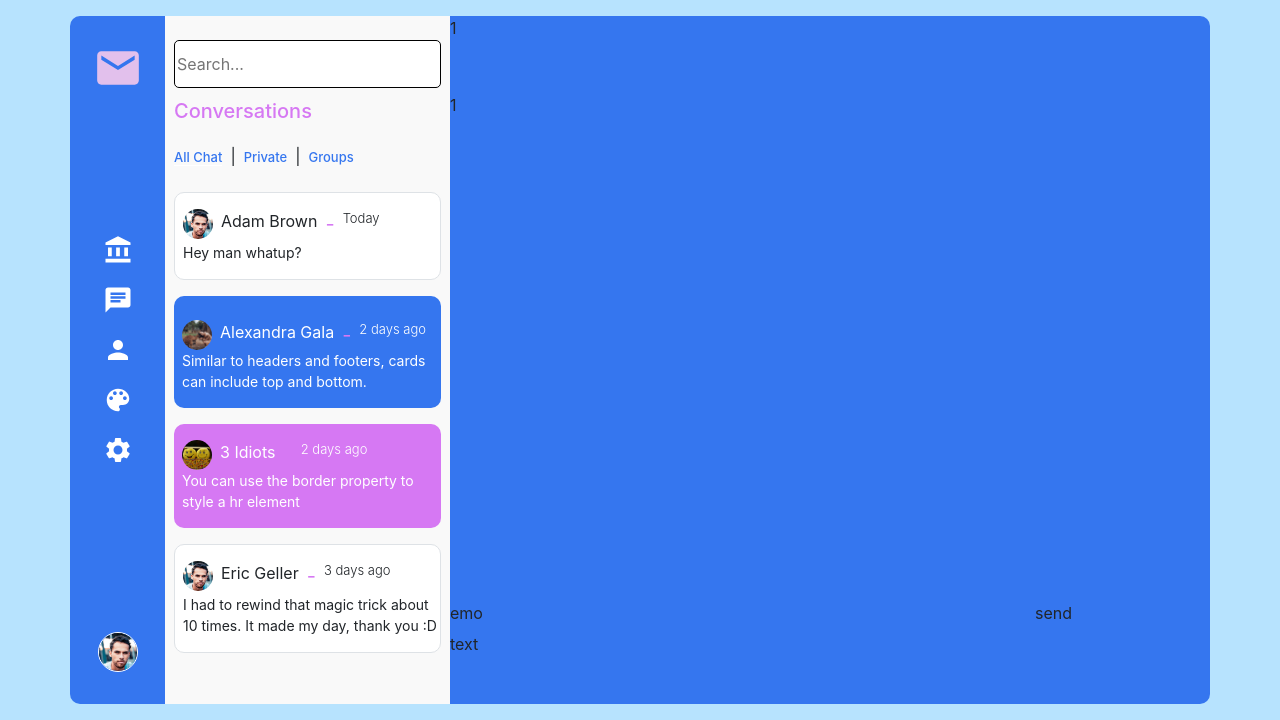
Repository: arafat877/super-chat
Page: /
The author's editor kept a copy of each file at every save. The page is drawn from the files as they stood at one save, then again after the next save.
The browser window is 1280 px wide. The pictures show the whole page.
The project was rebuilt for these pictures with package versions that can differ from the ones it lists, and the page was loaded fresh each time.

Above is the page before, as saved 2020-08-07 00:11:38.

### public/index.html
<!DOCTYPE html>
<html lang="en">
  <head>
    <meta charset="utf-8" />
    <meta name="viewport" content="width=device-width, initial-scale=1" />
    <meta name="theme-color" content="#000000" />
    <meta
      name="description"
      content="Chat application with node.js, express, react.js, mongoDb and socket.io"
    />
    <link rel="stylesheet" href="styles.css" />
    <link
      rel="stylesheet"
      href="https://maxcdn.bootstrapcdn.com/bootstrap/4.5.0/css/bootstrap.min.css"
      integrity="sha384-9aIt2nRpC12Uk9gS9baDl411NQApFmC26EwAOH8WgZl5MYYxFfc+NcPb1dKGj7Sk"
      crossorigin="anonymous"
    />
    <link
      href="https://fonts.googleapis.com/css2?family=Roboto:wght@100;300;400;500;700;900&display=swap"
      rel="stylesheet"
    />

    <title>Super Chat</title>
  </head>
  <body>
    <noscript>You need to enable JavaScript to run this app.</noscript>
    <div id="root"></div>
  </body>
</html>

### src/App.js
import React from "react";
import "./App.scss";
import {
  Email,
  Chat,
  Person,
  Settings,
  Palette,
  AccountBalance,
} from "@material-ui/icons";

function App() {
  return (
    <div className="appContainer vh-100 d-flex">
      <div className="container mt-3 mb-3 appWrapper">
        <div className="row h-100">
          <div className="col-1 d-none d-sm-none d-md-block container h-100 firstCol">
            <div className="row logoRow justify-content-center">
              <Email className="m-auto logo" />
            </div>
            <div className="row menuRow">
              <ul className="menuList m-auto p-0">
                <li className="menuItem">
                  <AccountBalance className="menuItemIcon" />
                </li>
                <li className="menuItem">
                  <Chat className="menuItemIcon" />
                </li>
                <li className="menuItem">
                  <Person className="menuItemIcon" />
                </li>
                <li className="menuItem">
                  <Palette className="menuItemIcon" />
                </li>
                <li className="menuItem">
                  <Settings className="menuItemIcon" />
                </li>
              </ul>
            </div>
            <div className="row photoRow justify-content-center">
              <img
                className="m-auto profilePhoto"
                src={require("./assets/m1.jpeg")}
                alt="profile"
              />
            </div>
          </div>
          <div className="col-3 container h-100 secondCol p-4">
            <div className="row searchRow">
              <input className="searchInput" placeholder="Search..." />
            </div>
            <div className="row convRow mt-2">
              <span className="convSpan">Conversations</span>
            </div>
            <div className="row selectRow">
              <ul className="selectionList p-0">
                <li
                  className="selectionListItem d-inline mr-2"
                  style={{ borderBottom: "solid 0.05px white" }}
                >
                  All Chat
                </li>
                |
                <li className="selectionListItem d-inline mr-2 ml-2">
                  Private
                </li>
                |
                <li className="selectionListItem d-inline mr-2 ml-2">Groups</li>
              </ul>
            </div>
            <div className="row groupsRow">
              <div className="container">

                <div className="row convCard pt-3 pb-3 pl-2 mt-3">
                  <img
                    className="userProfilePicture"
                    src={require("./assets/m1.jpeg")}
                    alt="User Profile"
                  />
                  <span className="userName ml-2">Adam Brown</span>
                  <span className="dash ml-2">-</span>
                  <span className="chatDate ml-2">Today</span>
                  <hr className="hr"></hr>
                  <span className="text">Hey man whatup?</span>
                </div>

                <div className="row convCardHot pt-4 pb-3 pl-2 mt-3">
                  <img
                    className="userProfilePicture"
                    src={require("./assets/f1.jpeg")}
                    alt="User Profile"
                  />
                  <span className="userName ml-2">Alexandra Gala</span>
                  <span className="dash ml-2">-</span>
                  <span className="chatDate ml-2">2 days ago</span>
                  <hr className="hr"></hr>
                  <span className="text">
                    Similar to headers and footers, cards can include top and
                    bottom.
                  </span>
                </div>

                <div className="row convCardGroup pt-3 pb-3 pl-2 mt-3">
                  <img
                    className="userProfilePicture"
                    src={require("./assets/g1.jpeg")}
                    alt="User Profile"
                  />
                  <span className="userName ml-2">3 Idiots</span>
                  <span className="dash ml-2">-</span>
                  <span className="chatDate ml-2">2 days ago</span>
                  <hr className="hr"></hr>
                  <span className="text">
                    You can use the border property to style a hr element
                  </span>
                </div>

                <div className="row convCard pt-3 pb-3 pl-2 mt-3">
                  <img
                    className="userProfilePicture"
                    src={require("./assets/m1.jpeg")}
                    alt="User Profile"
                  />
                  <span className="userName ml-2">Eric Geller</span>
                  <span className="dash ml-2">-</span>
                  <span className="chatDate ml-2">3 days ago</span>
                  <hr className="hr"></hr>
                  <span className="text">
                    I had to rewind that magic trick about 10 times. It made my
                    day, thank you :D
                  </span>
                </div>
              </div>
            </div>
          </div>
          <div className="col-8 container h-100 thirdCol">
            <div className="row chatInfo">1</div>
            <div className="row chatMessages">1</div>
            <div className="row chatInput">
              <div className="col-md-9 container">
                <div className="row inputEmoji">emo</div>
                <div className="row inputText">text</div>
              </div>
              <div className="col-md-3">send</div>
            </div>
          </div>
        </div>
      </div>
    </div>
  );
}

export default App;

### src/App.scss
.appContainer {
  background-color: #b7e3fe;

  .appWrapper {
    background-color: #3576ef;
    border-radius: 10px;

    .firstCol {
      .logoRow {
        height: 15%;

        .logo {
          font-size: 50px;
          color: rgb(226, 192, 236);
        }
      }
      .menuRow {
        height: 70%;

        .menuList {
          list-style: none;

          .menuItem {
            margin-bottom: 20px;

            .menuItemIcon {
              font-size: 30px;
              color: white;
            }
          }
        }
      }
      .photoRow {
        height: 15%;

        .profilePhoto {
          height: 40px;
          width: 40px;
          border: solid thin white;
          border-radius: 50%;
          object-fit: cover;
        }
      }
    }

    .secondCol {
      background-color: #f9f9f9;
      overflow-y: auto;

      .searchRow {
        height: 7.5%;

        .searchInput {
          width: 100%;
          border: solid 0.5px;
          background-color: white;
          border-radius: 5px;

          &:focus {
            outline: none;
          }
        }
      }
      .convRow {
        height: 7.5%;

        .convSpan {
          font-weight: 500;
          font-size: 20px;
          color: rgb(214, 120, 243);
        }
      }
      .selectRow {
        height: 5%;

        .selectionList {
          list-style: none;

          .selectionListItem {
            font-weight: 500;
            font-size: 13px;
            color: #3576ef;
          }
        }
      }
      .groupsRow {
        height: 80%;

        .convCard {

            background-color: white;
            border: solid 0.5px #dee2e6;
            border-radius: 10px;

          .userProfilePicture {
            height: 30px;
            width: 30px;
            border-radius: 50%;
            object-fit: cover;
          }

          .userName {
            // color: white;
          }

          .dash {
            color: rgb(214, 120, 243);
            font-size: 20px;
          }

          .chatDate {
            // color: white;
            font-size: 13px;
            font-weight: 300;
          }

        //   .hr {
        //     border-color: rgb(214, 120, 243);
        //     margin-bottom: 5px;
        //   }

          .text {
            // color: white;
            font-size: 14px;
          }
        }

        .convCardHot {
          background-color: #3576ef;
          border-radius: 10px;

          .userProfilePicture {
            height: 30px;
            width: 30px;
            border-radius: 50%;
            object-fit: cover;
          }

          .userName {
            color: white;
          }

          .dash {
            color: rgb(214, 120, 243);
            font-size: 20px;
          }

          .chatDate {
            color: white;
            font-size: 13px;
            font-weight: 300;
          }

          .hr {
            border-color: rgb(214, 120, 243);
            margin-bottom: 5px;
          }

          .text {
            color: white;
            font-size: 14px;
          }
        }

        .convCardGroup {
            background-color: rgb(214, 120, 243);
            border-radius: 10px;

            .userProfilePicture {
              height: 30px;
              width: 30px;
              border-radius: 50%;
              object-fit: cover;
            }

            .userName {
              color: white;
            }

            .dash {
              color: rgb(214, 120, 243);
              font-size: 20px;
            }

            .chatDate {
              color: white;
              font-size: 13px;
              font-weight: 300;
            }

            .hr {
              border-color: rgb(214, 120, 243);
              margin-bottom: 5px;
            }

            .text {
              color: white;
              font-size: 14px;
            }
          }
      }
    }

    .thirdCol {
      .chatInfo {
        height: 11.25%;
      }
      .chatMessages {
        height: 73.75%;
      }
      .chatInput {
        height: 15%;

        .inputEmoji {
          height: 30%;
        }
        .inputText {
          height: 70%;
        }
      }
    }
  }
}

Loaded but not shown: src/index.js (common file); public/styles.css (common file)

After the next save:
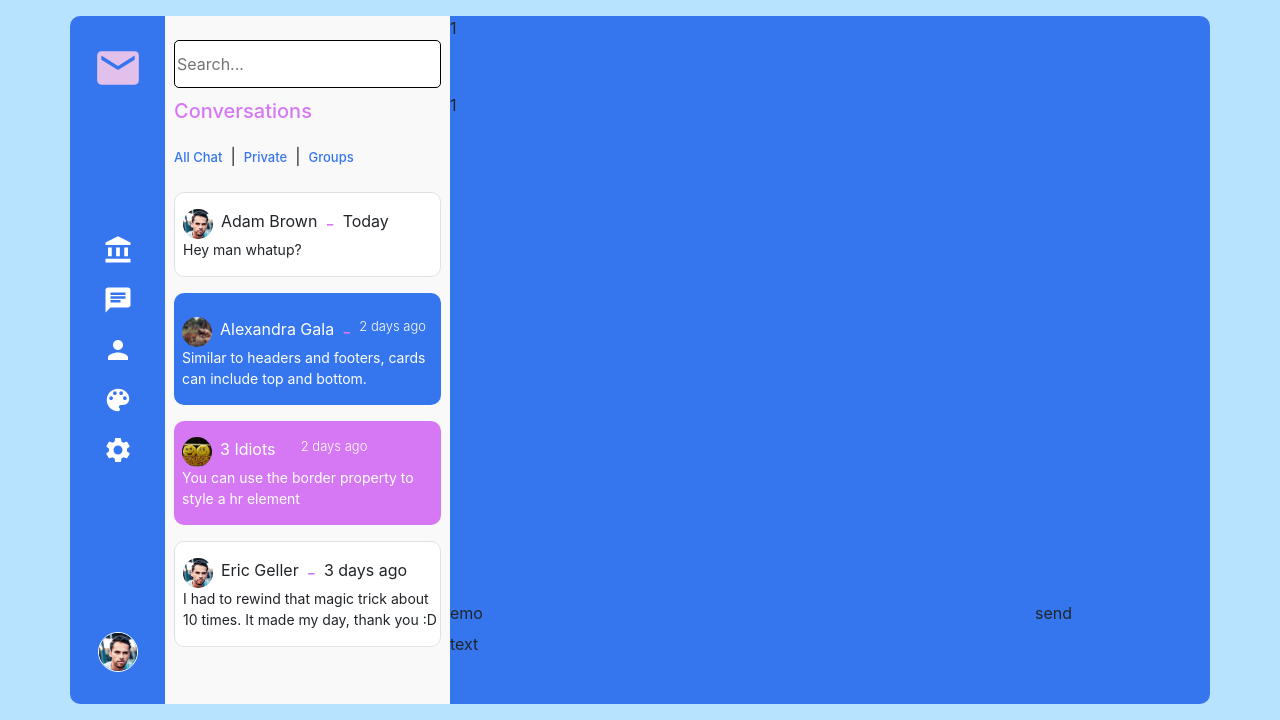
Saved 38 s later.
--- a/src/App.scss
+++ b/src/App.scss
@@ -108,16 +108,16 @@
             font-size: 20px;
           }
 
-          .chatDate {
-            // color: white;
-            font-size: 13px;
-            font-weight: 300;
-          }
-
-        //   .hr {
-        //     border-color: rgb(214, 120, 243);
-        //     margin-bottom: 5px;
+        //   .chatDate {
+        //     // color: white;
+        //     font-size: 13px;
+        //     font-weight: 300;
         //   }
+
+          .hr {
+            border-color: rgb(214, 120, 243);
+            margin-bottom: 5px;
+          }
 
           .text {
             // color: white;
